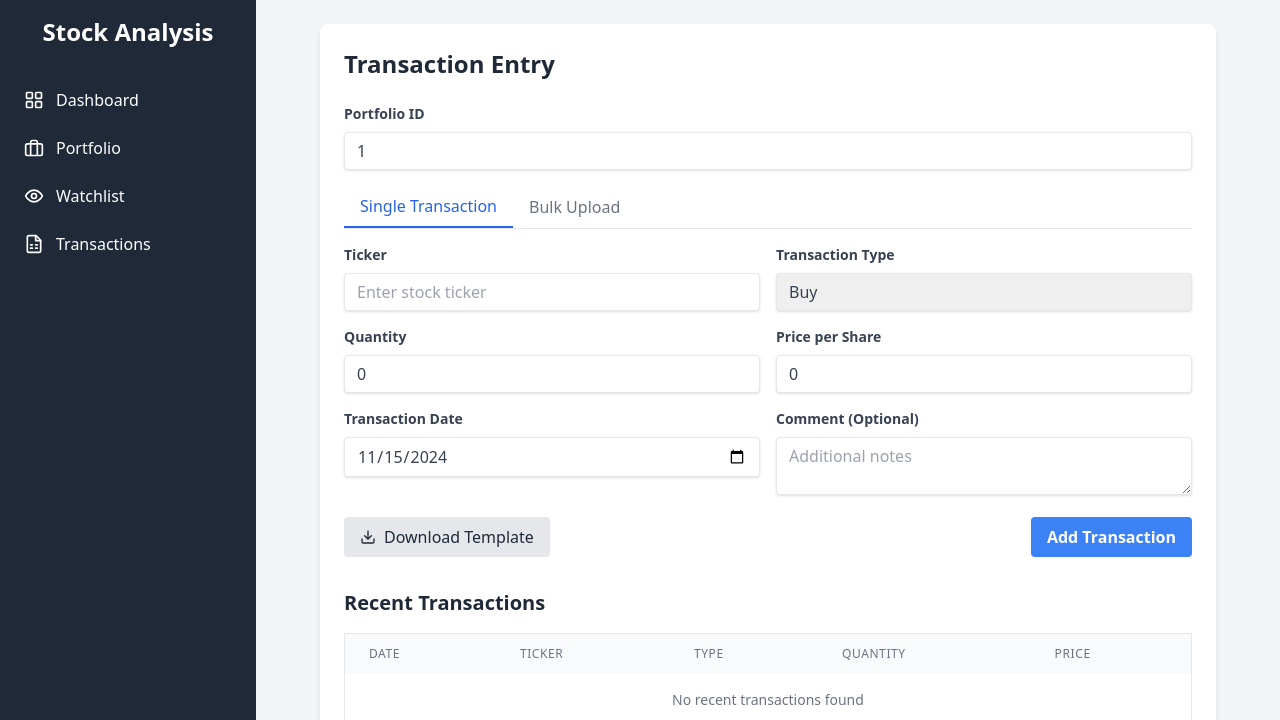
Repository: gpierre004/Stock_Analysis_Dashboard
Page: /transactions
An editor plug-in stored every save of this project. The page is shown before and after the next save, followed by the edit.
The browser window is 1280 px wide. The pictures show the whole page.
The page's requests for data from a server got no answer. An inner scrolling area shows only its first screen. The project was rebuilt for these pictures with package versions that can differ from the ones it lists, and the page was loaded fresh each time. No one was signed in, and anything a server would have sent is missing. Also part of the build but not shown: vite.config.ts, src/components/PriceChart.tsx, src/components/VolumeAnalysis.tsx, src/components/TechnicalSignals.tsx, src/components/common/LoadingCard.tsx, src/components/common/ErrorCard.tsx, src/hooks/useStockData.ts, src/components/StockCard.tsx and 4 more.

Above is the page before, as saved 2024-11-22 17:26:45.

After the next save:
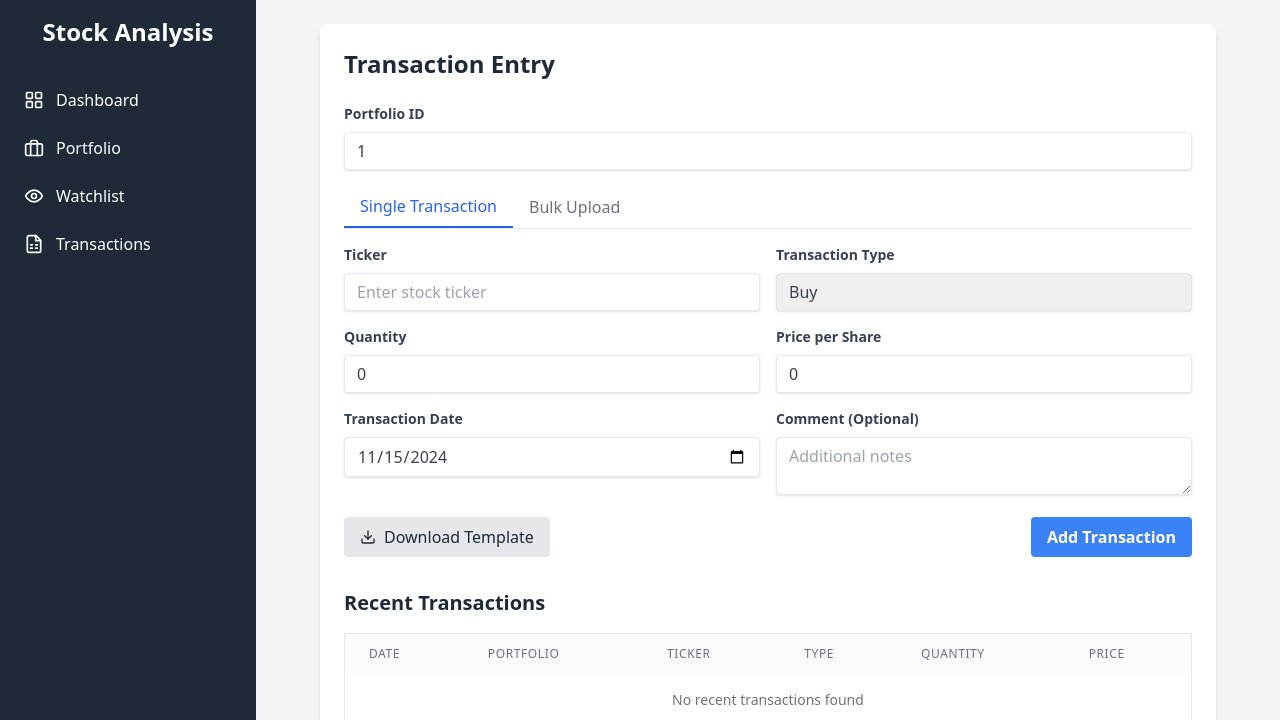
Saved 55 s later.
--- a/src/components/TransactionForm.tsx
+++ b/src/components/TransactionForm.tsx
@@ -315,6 +315,7 @@ export const TransactionForm: React.FC = () => {
               <thead className="bg-gray-50">
                 <tr>
                   <th className="px-6 py-3 text-left text-xs font-medium text-gray-500 uppercase tracking-wider">Date</th>
+                  <th className="px-6 py-3 text-left text-xs font-medium text-gray-500 uppercase tracking-wider">Portfolio</th>
                   <th className="px-6 py-3 text-left text-xs font-medium text-gray-500 uppercase tracking-wider">Ticker</th>
                   <th className="px-6 py-3 text-left text-xs font-medium text-gray-500 uppercase tracking-wider">Type</th>
                   <th className="px-6 py-3 text-left text-xs font-medium text-gray-500 uppercase tracking-wider">Quantity</th>
@@ -327,6 +328,9 @@ export const TransactionForm: React.FC = () => {
                     <td className="px-6 py-4 whitespace-nowrap text-sm text-gray-500">
                       {formatDate(transaction.purchase_date)}
                     </td>
+                    <td className="px-6 py-4 whitespace-nowrap text-sm text-gray-500">
+                      {transaction.portfolio_id}
+                    </td>
                     <td className="px-6 py-4 whitespace-nowrap text-sm font-medium text-gray-900">
                       {transaction.ticker}
                     </td>
@@ -347,7 +351,7 @@ export const TransactionForm: React.FC = () => {
                 ))}
                 {recentTransactions.length === 0 && (
                   <tr>
-                    <td colSpan={5} className="px-6 py-4 text-center text-sm text-gray-500">
+                    <td colSpan={6} className="px-6 py-4 text-center text-sm text-gray-500">
                       No recent transactions found
                     </td>
                   </tr>
